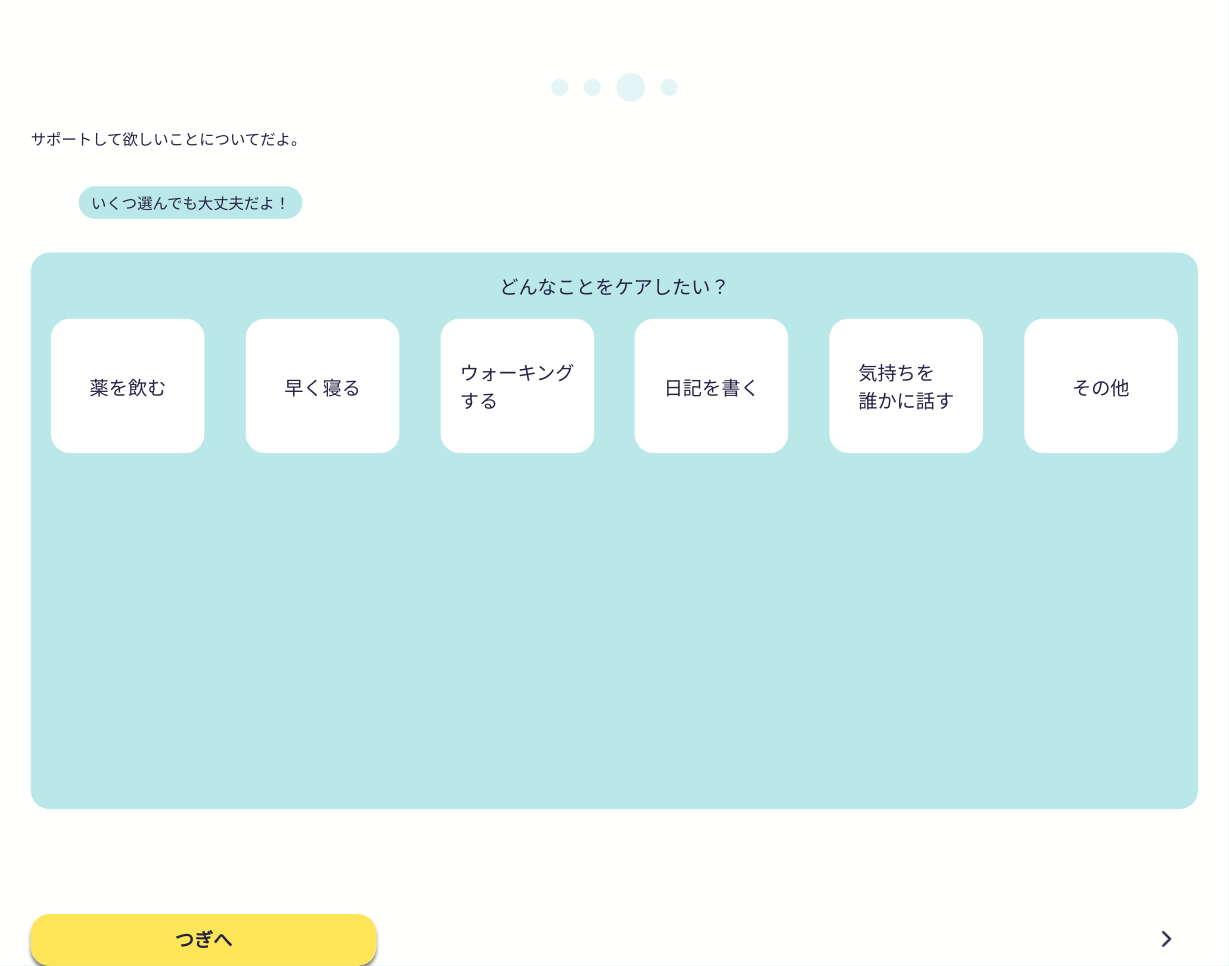
Repository: misaki0919/Self-care
Page: support.html
An editor plug-in stored every save of this project. The page is shown before and after the next save, followed by the edit.
The browser window is 1280 px wide. The pictures show the whole page, at 96% of full size.
Some web fonts or font styles are not loaded; a fallback is used.

Above is the page before, as saved 2026-07-19 11:16:43.

After the next save:
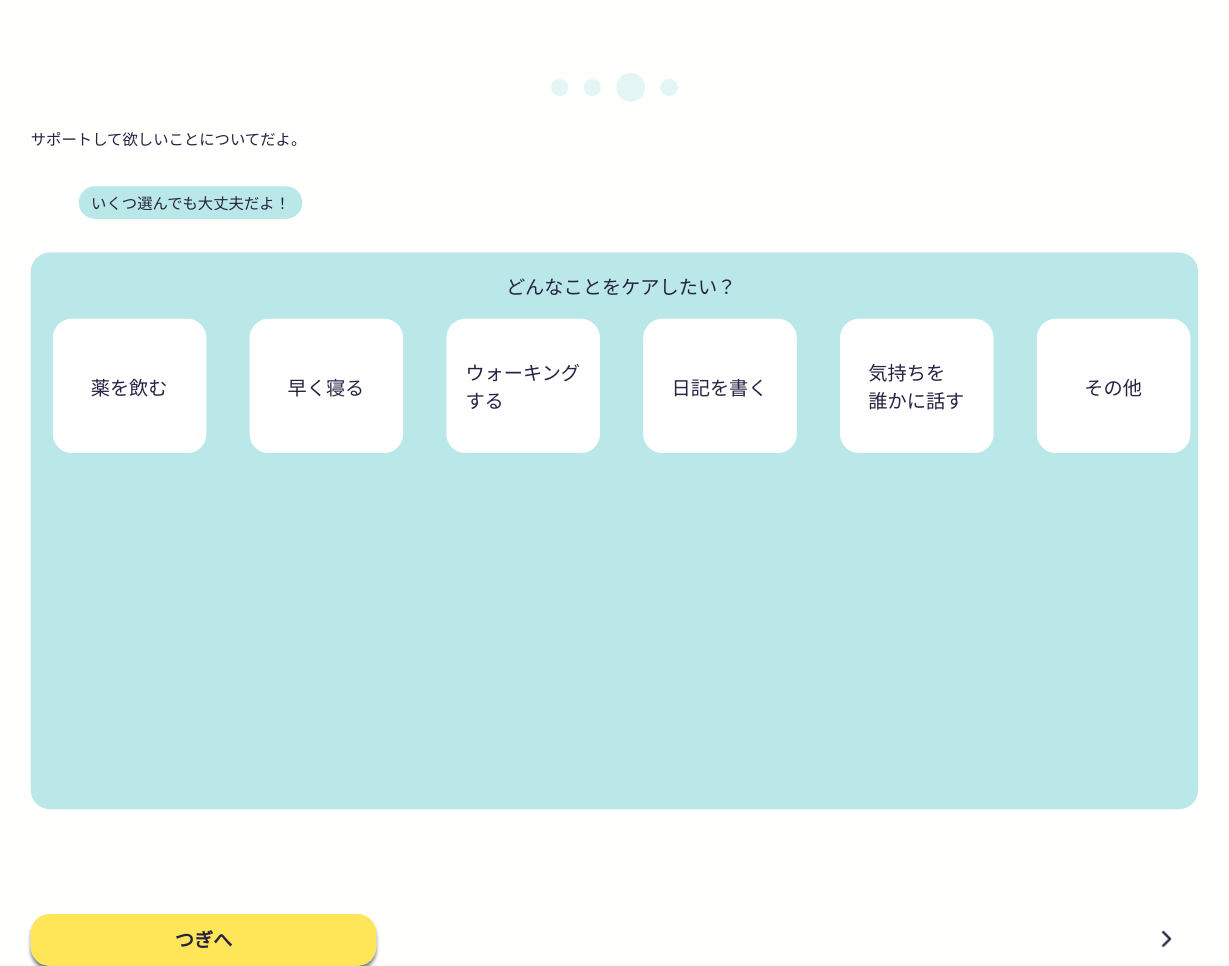
Saved 7 s later.
--- a/css/support.css
+++ b/css/support.css
@@ -54,7 +54,7 @@ body{
     border-radius: 20px;
     margin-bottom: 120px;
     padding-left: 14px;
-    padding-right: 14px;
+
     .care{
         font-size: 20px;
         text-align: center;
